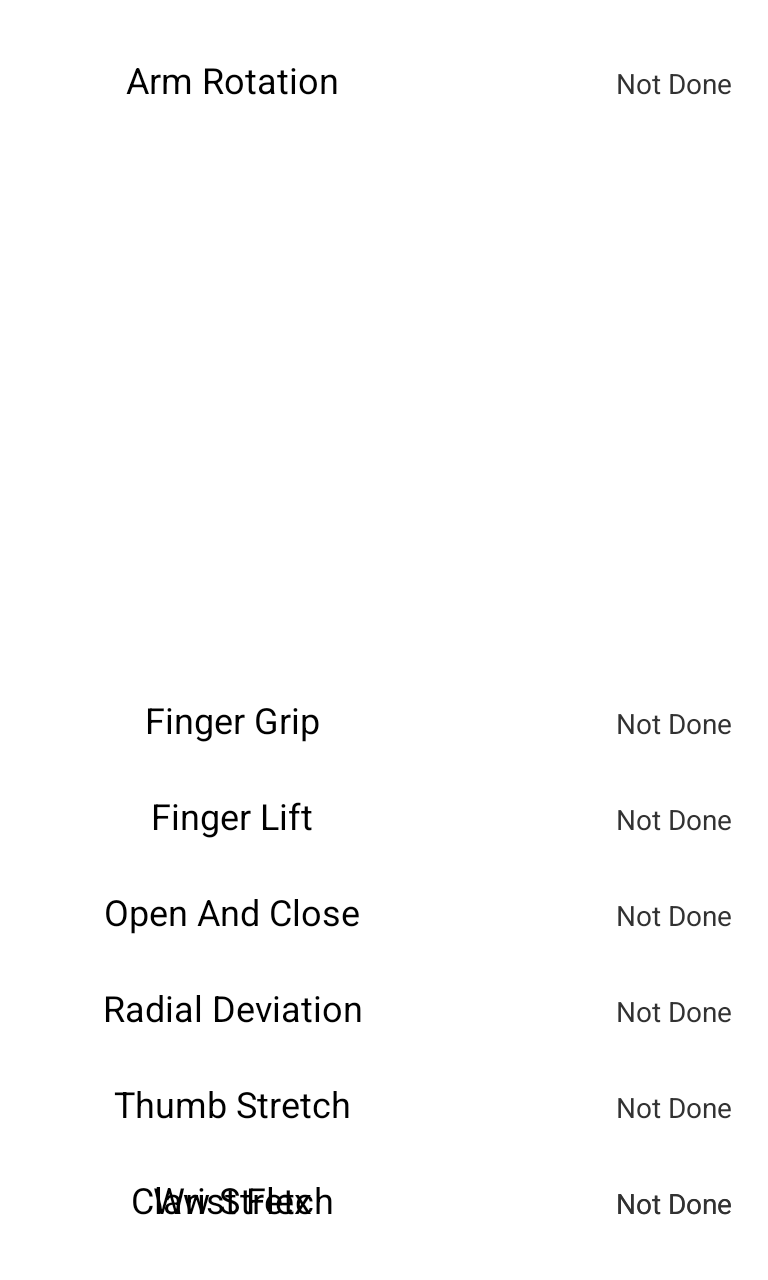
Repository: zi-yang-zhang/ECSE424-Group8
Layout: Hi Fi Prototype/ReHand/ReHand/res/layout/activity_details_page.xml
These files come from the project's save history. The layout is drawn as it stood at one moment and after the next save; the edit follows.
It is drawn on a 768 x 1280 px phone screen (xhdpi) without system bars, with theme AppTheme; the app's code is not run.

Above is the layout before, as saved 2014-02-20 02:41:02.

### Hi Fi Prototype/ReHand/ReHand/res/layout/activity_details_page.xml
<RelativeLayout xmlns:android="http://schemas.android.com/apk/res/android"
    xmlns:tools="http://schemas.android.com/tools"
    android:layout_width="match_parent"
    android:layout_height="match_parent"
    android:paddingBottom="@dimen/activity_vertical_margin"
    android:paddingLeft="@dimen/activity_horizontal_margin"
    android:paddingRight="@dimen/activity_horizontal_margin"
    android:paddingTop="@dimen/activity_vertical_margin"
    tools:context=".ElbowExtensionPage" >

    <Button
        android:id="@+id/button4"
        android:layout_width="200dp"
        android:layout_height="wrap_content"
        android:layout_alignParentBottom="true"
        android:layout_alignParentLeft="true"
        style="?android:attr/borderlessButtonStyle"
        android:text="@string/exercise_text_wrist_flex" />

    <TextView
        android:id="@+id/ArmRotationProgress"
        android:layout_width="60dp"
        android:layout_height="wrap_content"
        android:layout_alignBaseline="@+id/button1"
        android:layout_alignBottom="@+id/button1"
        android:layout_alignParentRight="true"
        android:text="@string/progress_arm_rotation"
        android:textAppearance="?android:attr/textAppearanceSmall" />

    <TextView
        android:id="@+id/ClawStretchProgress"
        android:layout_width="60dp"
        android:layout_height="wrap_content"
        android:layout_alignBaseline="@+id/button5"
        android:layout_alignBottom="@+id/button5"
        android:layout_alignLeft="@+id/ArmRotationProgress"
        android:text="@string/progress_claw_stretch"
        android:textAppearance="?android:attr/textAppearanceSmall" />

    <TextView
        android:id="@+id/ElbowExtensionProgress"
        android:layout_width="60dp"
        android:layout_height="wrap_content"
        android:layout_alignBaseline="@+id/button6"
        android:layout_alignBottom="@+id/button6"
        android:layout_alignParentRight="true"
        android:text="@string/progress_elbow_extension"
        android:textAppearance="?android:attr/textAppearanceSmall" />

    <TextView
        android:id="@+id/FingerGripProgress"
        android:layout_width="60dp"
        android:layout_height="wrap_content"
        android:layout_alignBaseline="@+id/button7"
        android:layout_alignBottom="@+id/button7"
        android:layout_alignLeft="@+id/ElbowExtensionProgress"
        android:text="@string/progress_finger_grip"
        android:textAppearance="?android:attr/textAppearanceSmall" />

    <TextView
        android:id="@+id/FingerLiftProgress"
        android:layout_width="60dp"
        android:layout_height="wrap_content"
        android:layout_alignBaseline="@+id/button2"
        android:layout_alignBottom="@+id/button2"
        android:layout_alignLeft="@+id/FingerGripProgress"
        android:text="@string/progress_finger_lift"
        android:textAppearance="?android:attr/textAppearanceSmall" />

    <TextView
        android:id="@+id/WristFlexProgress"
        android:layout_width="60dp"
        android:layout_height="wrap_content"
        android:layout_alignBaseline="@+id/button4"
        android:layout_alignBottom="@+id/button4"
        android:layout_alignLeft="@+id/ThumbStretchProgress"
        android:text="@string/progress_wrist_flex"
        android:textAppearance="?android:attr/textAppearanceSmall" />

    <TextView
        android:id="@+id/ThumbStretchProgress"
        android:layout_width="60dp"
        android:layout_height="wrap_content"
        android:layout_alignBaseline="@+id/button3"
        android:layout_alignBottom="@+id/button3"
        android:layout_alignLeft="@+id/RadialDeviationProgress"
        android:text="@string/progress_thumb_stretch"
        android:textAppearance="?android:attr/textAppearanceSmall" />

    <TextView
        android:id="@+id/RadialDeviationProgress"
        android:layout_width="60dp"
        android:layout_height="wrap_content"
        android:layout_alignBaseline="@+id/button9"
        android:layout_alignBottom="@+id/button9"
        android:layout_alignLeft="@+id/FingerLiftProgress"
        android:text="@string/progress_radial_deviation"
        android:textAppearance="?android:attr/textAppearanceSmall" />

    <TextView
        android:id="@+id/OpenAndCloseProgress"
        android:layout_width="60dp"
        android:layout_height="wrap_content"
        android:layout_alignBaseline="@+id/button8"
        android:layout_alignBottom="@+id/button8"
        android:layout_alignLeft="@+id/FingerLiftProgress"
        android:text="@string/progress_open_and_close"
        android:textAppearance="?android:attr/textAppearanceSmall" />

    <Button
        android:id="@+id/button1"
        style="?android:attr/borderlessButtonStyle"
        android:layout_width="200dp"
        android:layout_height="wrap_content"
        android:layout_alignLeft="@+id/button5"
        android:layout_alignParentTop="true"
        android:text="@string/exercise_text_arm_rotation" />

    <Button
        android:id="@+id/button6"
        style="?android:attr/borderlessButtonStyle"
        android:layout_width="200dp"
        android:layout_height="wrap_content"
        android:layout_below="@+id/button4"
        android:layout_alignLeft="@+id/button7"
        android:text="@string/exercise_text_elbow_extension" />

    <Button
        android:id="@+id/button7"
        style="?android:attr/borderlessButtonStyle"
        android:layout_width="200dp"
        android:layout_height="wrap_content"
        android:layout_above="@+id/button2"
        android:layout_alignLeft="@+id/button2"
        android:text="@string/exercise_text_finger_grip" />

    <Button
        android:id="@+id/button2"
        style="?android:attr/borderlessButtonStyle"
        android:layout_width="200dp"
        android:layout_height="wrap_content"
        android:layout_above="@+id/button8"
        android:layout_alignLeft="@+id/button8"
        android:text="@string/exercise_text_finger_lift" />

    <Button
        android:id="@+id/button8"
        style="?android:attr/borderlessButtonStyle"
        android:layout_width="200dp"
        android:layout_height="wrap_content"
        android:layout_above="@+id/button9"
        android:layout_alignLeft="@+id/button9"
        android:text="@string/exercise_text_open_and_close" />

    <Button
        android:id="@+id/button9"
        style="?android:attr/borderlessButtonStyle"
        android:layout_width="200dp"
        android:layout_height="wrap_content"
        android:layout_above="@+id/button3"
        android:layout_alignLeft="@+id/button3"
        android:text="@string/exercise_text_radial_deviation" />

    <Button
        android:id="@+id/button3"
        style="?android:attr/borderlessButtonStyle"
        android:layout_width="200dp"
        android:layout_height="wrap_content"
        android:layout_above="@+id/button4"
        android:layout_alignLeft="@+id/button4"
        android:text="@string/exercise_text_thumb_stretch" />

    <Button
        android:id="@+id/button5"
        style="?android:attr/borderlessButtonStyle"
        android:layout_width="200dp"
        android:layout_height="wrap_content"
        android:layout_above="@+id/button6"
        android:layout_alignLeft="@+id/button6"
        android:text="@string/exercise_botton_text_claw_stretch" />

</RelativeLayout>

### Hi Fi Prototype/ReHand/ReHand/res/values/strings.xml
<?xml version="1.0" encoding="utf-8"?>
<resources>

    <string name="app_name">ReHand</string>
    <string name="action_settings">Settings</string>
    <string name="hello_world">Hello world!</string>
    <string name="greeting_words">Welcome To ReHand</string>
    <string name="touch_screen_instructions">Tap on either button to continue</string>
    <string name="sign_up">Sign Up now!</string>
    <string name="log_in">Log In!</string>
    <string name="title_activity_home_page">HomePage</string>
    <string name="greeting_home_page">Welcome Back!</string>
    <string name="exercises">Exercises</string>
    <string name="schedule">Schedule</string>
    <string name="title_activity_exercise_list_page">ExerciseListPage</string>
    <string name="title_activity_schedule_page">SchedulePage</string>
    <string name="exercise_botton_text_claw_stretch">Claw Stretch</string>
    <string name="title_activity_claw_stretch_page">ClawStretchPage</string>
    <string name="exercise_level_text">"Level: "</string>
    <string name="claw_stretch_level">I</string>
    <string name="exercise_botton_schedule">Schedule</string>
    <string name="exercise_tutorial_check_box">Show Tutorial?</string>
    <string name="exercise_start_botton_text">Start!</string>
    <string name="title_activity_claw_stretch_exercise">ClawStretchExercise</string>
    <string name="test_end_game">End Game</string>
    <string name="title_activity_claw_stretch_tutorial_page">ClawStretchTutorialPage</string>
    <string name="title_activity_claw_stretch_result">ClawStretchResult</string>
    <string name="exercise_text_arm_rotation">Arm Rotation</string>
    <string name="excercise_text_elbow_extension">Elbow Extension</string>
    <string name="arm_rotation_level">I</string>
    <string name="elbow_extension_level">I</string>
    <string name="exercise_text_finger_grip">Finger Grip</string>
    <string name="finger_grip_level">I</string>
    <string name="exercise_text_open_and_close">Open And Close</string>
    <string name="open_and_close_level">I</string>
    <string name="exercise_text_finger_lift">Finger Lift</string>
    <string name="finger_lift_level">I</string>
    <string name="exercise_text_radial_deviation">Radial Deviation</string>
    <string name="wrist_flex_level">I</string>
    <string name="exercise_text_wrist_flex">Wrist Flex</string>
    <string name="exercise_text_thumb_stretch">Thumb Stretch</string>
    <string name="thumb_stretch_level">I</string>
    <string name="radial_deviation_level">I</string>
    <string name="tutorial_text">tutorial</string>
    <string name="exercise_text_elbow_extension">Elbow Extension</string>
    <string name="title_activity_arm_rotation_exercise">ArmRotationExercise</string>
    <string name="title_activity_arm_rotation_page">ArmRotationPage</string>
    <string name="title_activity_arm_rotation_result">ArmRotationResult</string>
    <string name="title_activity_arm_rotation_tutorial_page">ArmRotationTutorialPage</string>
    <string name="title_activity_elbow_extension_exercise">ElbowExtensionExercise</string>
    <string name="title_activity_elbow_extension_page">ElbowExtensionPage</string>
    <string name="title_activity_elbow_extension_result">ElbowExtensionResult</string>
    <string name="title_activity_elbow_extension_tutorial_page">ElbowExtensionTutorialPage</string>
    <string name="title_activity_finger_grip_exercise">FingerGripExercise</string>
    <string name="title_activity_finger_grip_page">FingerGripPage</string>
    <string name="title_activity_finger_grip_result">FingerGripResult</string>
    <string name="title_activity_finger_grip_tutorial_page">FingerGripTutorialPage</string>
    <string name="title_activity_finger_lift_exercise">FingerLiftExercise</string>
    <string name="title_activity_finger_lift_page">FingerLiftPage</string>
    <string name="title_activity_finger_lift_result">FingerLiftResult</string>
    <string name="title_activity_finger_lift_tutorial_page">FingerLiftTutorialPage</string>
    <string name="title_activity_open_and_close_exercise">OpenAndCloseExercise</string>
    <string name="title_activity_open_and_close_page">OpenAndClosePage</string>
    <string name="title_activity_open_and_close_result">OpenAndCloseResult</string>
    <string name="title_activity_open_and_close_tutorial_page">OpenAndCloseTutorialPage</string>
    <string name="title_activity_radial_deviation_exercise">RadialDeviationExercise</string>
    <string name="title_activity_radial_deviation_page">RadialDeviationPage</string>
    <string name="title_activity_radial_deviation_result">RadialDeviationResult</string>
    <string name="title_activity_radial_deviation_tutorial_page">RadialDeviationTutorialPage</string>
    <string name="title_activity_thumb_stretch_exercise">ThumbStretchExercise</string>
    <string name="title_activity_thumb_stretch_page">ThumbStretchPage</string>
    <string name="title_activity_thumb_stretch_result">ThumbStretchResult</string>
    <string name="title_activity_thumb_stretch_tutorial_page">ThumbStretchTutorialPage</string>
    <string name="title_activity_wrist_flex_exercise">WristFlexExercise</string>
    <string name="title_activity_wrist_flex_page">WristFlexPage</string>
    <string name="title_activity_wrist_flex_result">WristFlexResult</string>
    <string name="title_activity_wrist_flex_tutorial_page">WristFlexTutorialPage</string>
    <string name="result_text_this_time">This Time:</string>
    <string name="result_text_personal_best">Personal Best:</string>
    <string name="result_exercises_button_text">Exercises</string>
    <string name="progress">Progress</string>
    <string name="progress_text_title">Progress</string>
    <string name="progress_text_view_details">View Details</string>
    <string name="title_activity_progress_page">ProgressPage</string>
    <string name="title_activity_details_page">DetailsPage</string>
    <string name="progress_arm_rotation">Not Done</string>
    <string name="progress_claw_stretch">Not Done</string>
    <string name="progress_elbow_extension">Not Done</string>
    <string name="progress_finger_grip">Not Done</string>
    <string name="progress_finger_lift">Not Done</string>
    <string name="progress_open_and_close">Not Done</string>
    <string name="progress_radial_deviation">Not Done</string>
    <string name="progress_thumb_stretch">Not Done</string>
    <string name="progress_wrist_flex">Not Done</string>

</resources>

Loaded but not shown: Hi Fi Prototype/ReHand/ReHand/res/values/styles.xml (common file); Hi Fi Prototype/ReHand/ReHand/res/values-v11/styles.xml (common file); Hi Fi Prototype/ReHand/ReHand/res/values-v14/styles.xml (common file); Hi Fi Prototype/ReHand/ReHand/res/values/dimens.xml (common file)

After the next save:
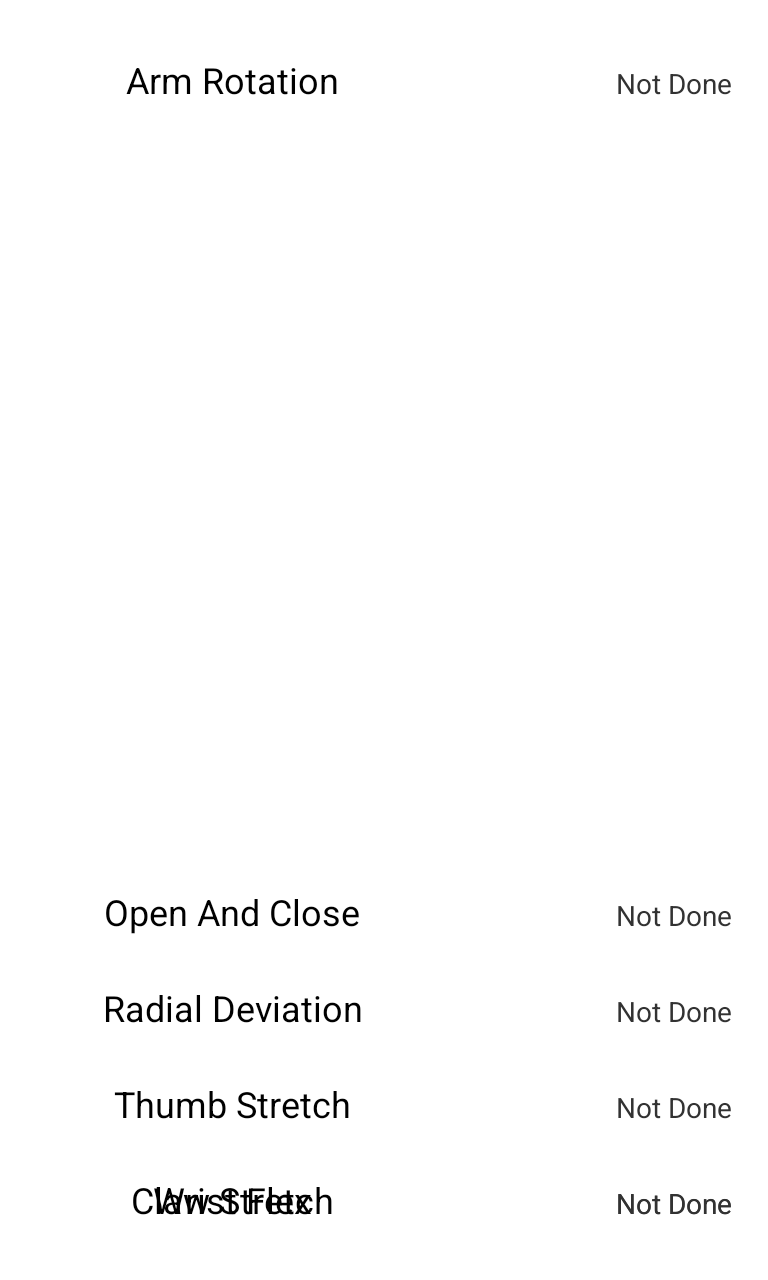
Saved 23 s later.
--- a/Hi Fi Prototype/ReHand/ReHand/res/layout/activity_details_page.xml
+++ b/Hi Fi Prototype/ReHand/ReHand/res/layout/activity_details_page.xml
@@ -130,7 +130,7 @@
         style="?android:attr/borderlessButtonStyle"
         android:layout_width="200dp"
         android:layout_height="wrap_content"
-        android:layout_above="@+id/button2"
+        android:layout_below="@+id/button6"
         android:layout_alignLeft="@+id/button2"
         android:text="@string/exercise_text_finger_grip" />
 
@@ -139,7 +139,7 @@
         style="?android:attr/borderlessButtonStyle"
         android:layout_width="200dp"
         android:layout_height="wrap_content"
-        android:layout_above="@+id/button8"
+        android:layout_below="@+id/button7"
         android:layout_alignLeft="@+id/button8"
         android:text="@string/exercise_text_finger_lift" />
 
